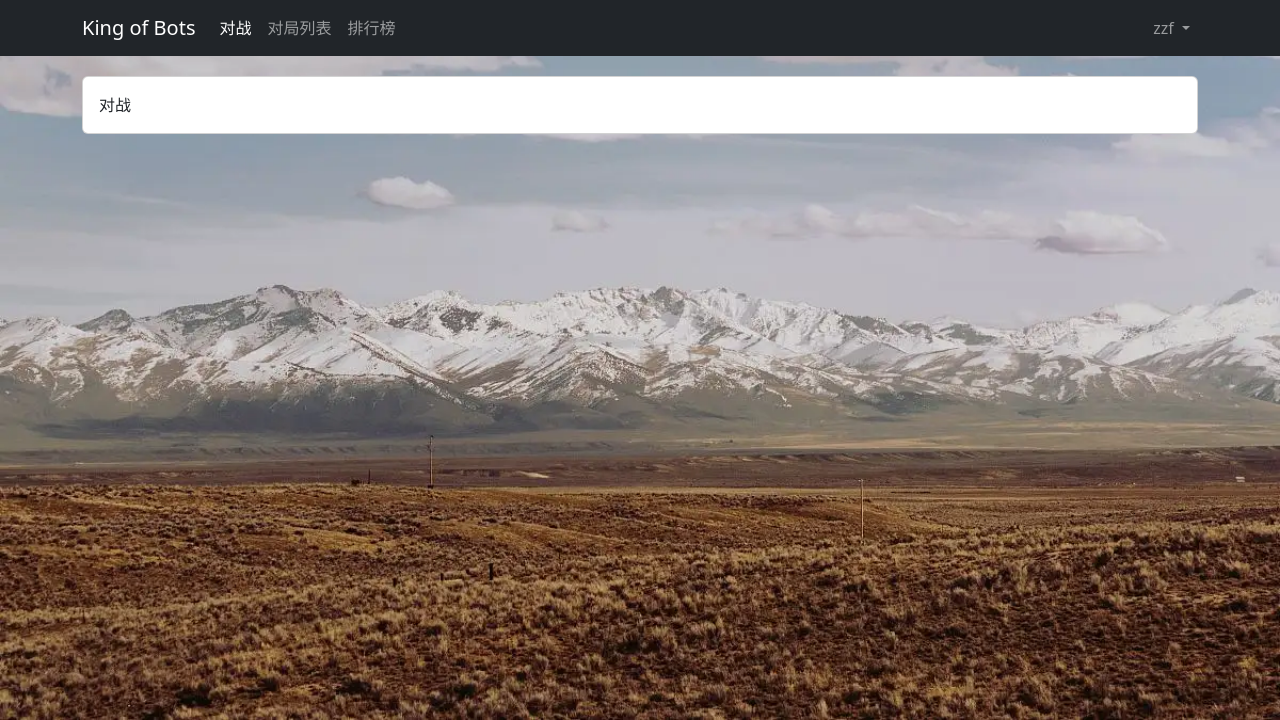
Repository: Chasingwind-Z/Kob
Page: / (app in web/)
The author's editor kept a copy of each file at every save. The page is drawn from the files as they stood at one save, then again after the next save.
The browser window is 1280 px wide. The pictures show the whole page.
The project was rebuilt for these pictures with package versions that can differ from the ones it lists, and the page was loaded fresh each time. Also part of the build but not shown: web/vue.config.js, web/src/views/record/RecordIndexView.vue, web/src/views/ranklist/RanklistIndexView.vue, web/src/views/user/bot/UserBotIndexView.vue, web/src/views/error/NotFound.vue.

Above is the page before, as saved 2023-02-09 21:34:57.

After the next save:
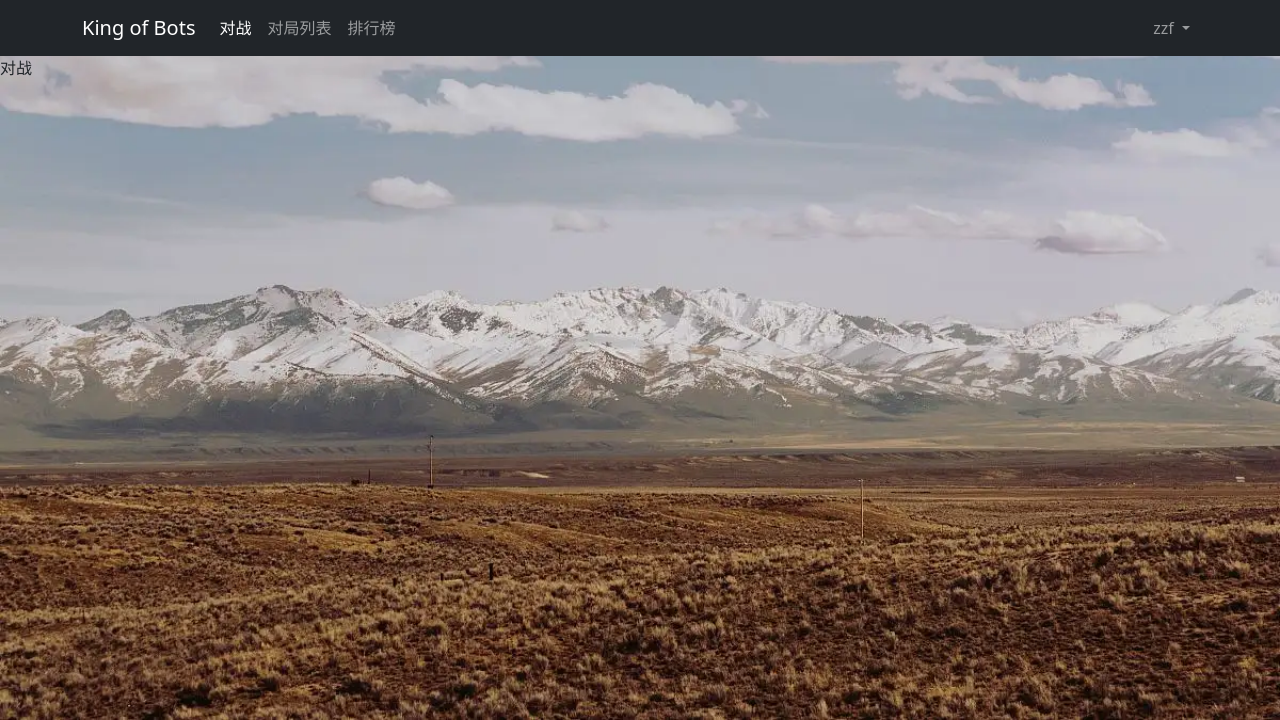
Saved 30 s later.
--- a/web/src/views/pk/PkIndexView.vue
+++ b/web/src/views/pk/PkIndexView.vue
@@ -1,6 +1,4 @@
-<template>
-  <ContentField> 对战 </ContentField>
-</template>
+<template>对战</template>
 
 <script>
 import ContentField from "../../components/ContentField.vue";
